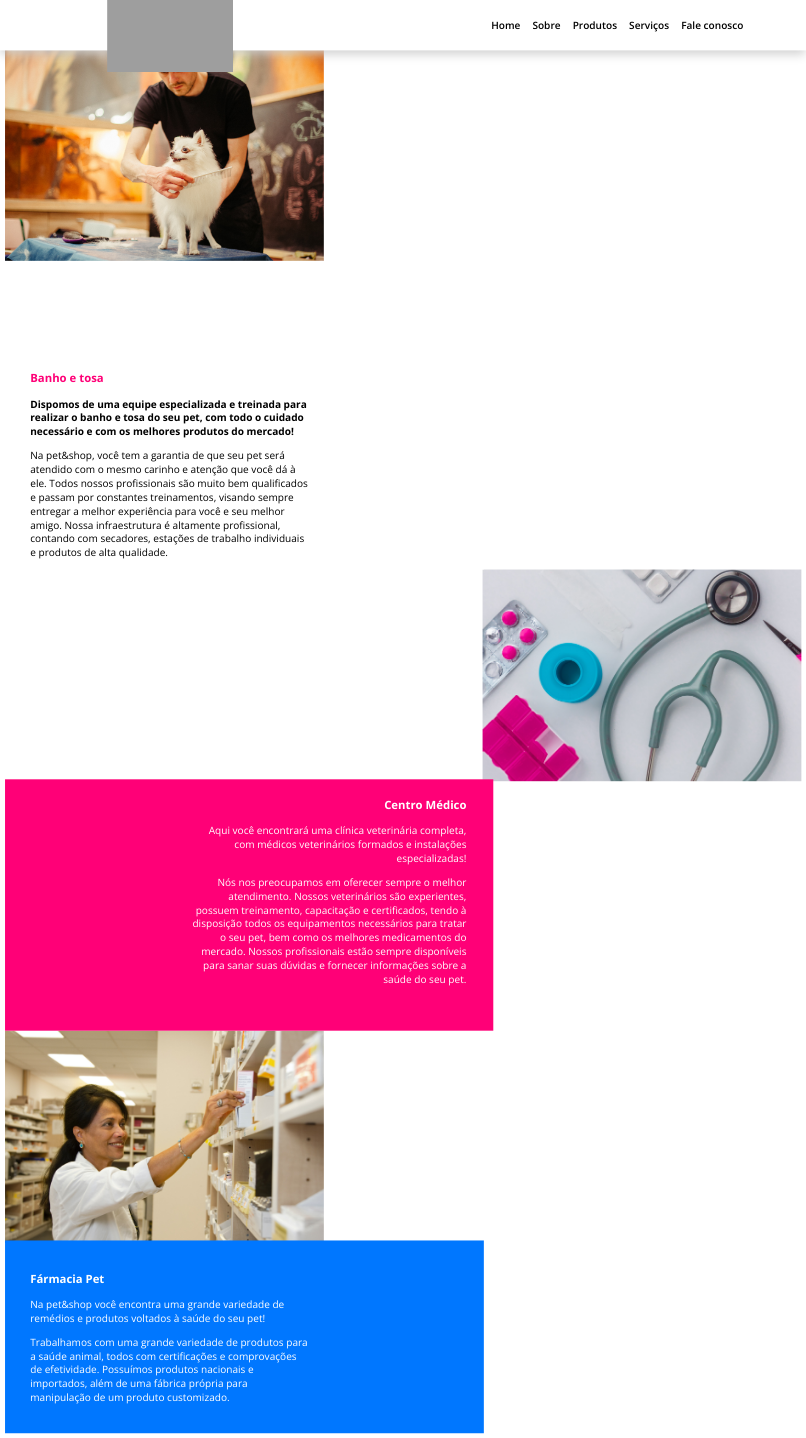
Repository: Iluiscarlos/Projeto-Site-PetShop
Page: Services.html
These files come from the project's save history. The page is drawn as it stood at one moment and after the next save; the edit follows.
The browser window is 1280 px wide. The pictures show the whole page, at 63% of full size.
Pictures or frames that could not be fetched are drawn as grey boxes. Some web libraries are served in a nearby version.

Above is the page before, as saved 2022-04-26 21:14:20.

After the next save:
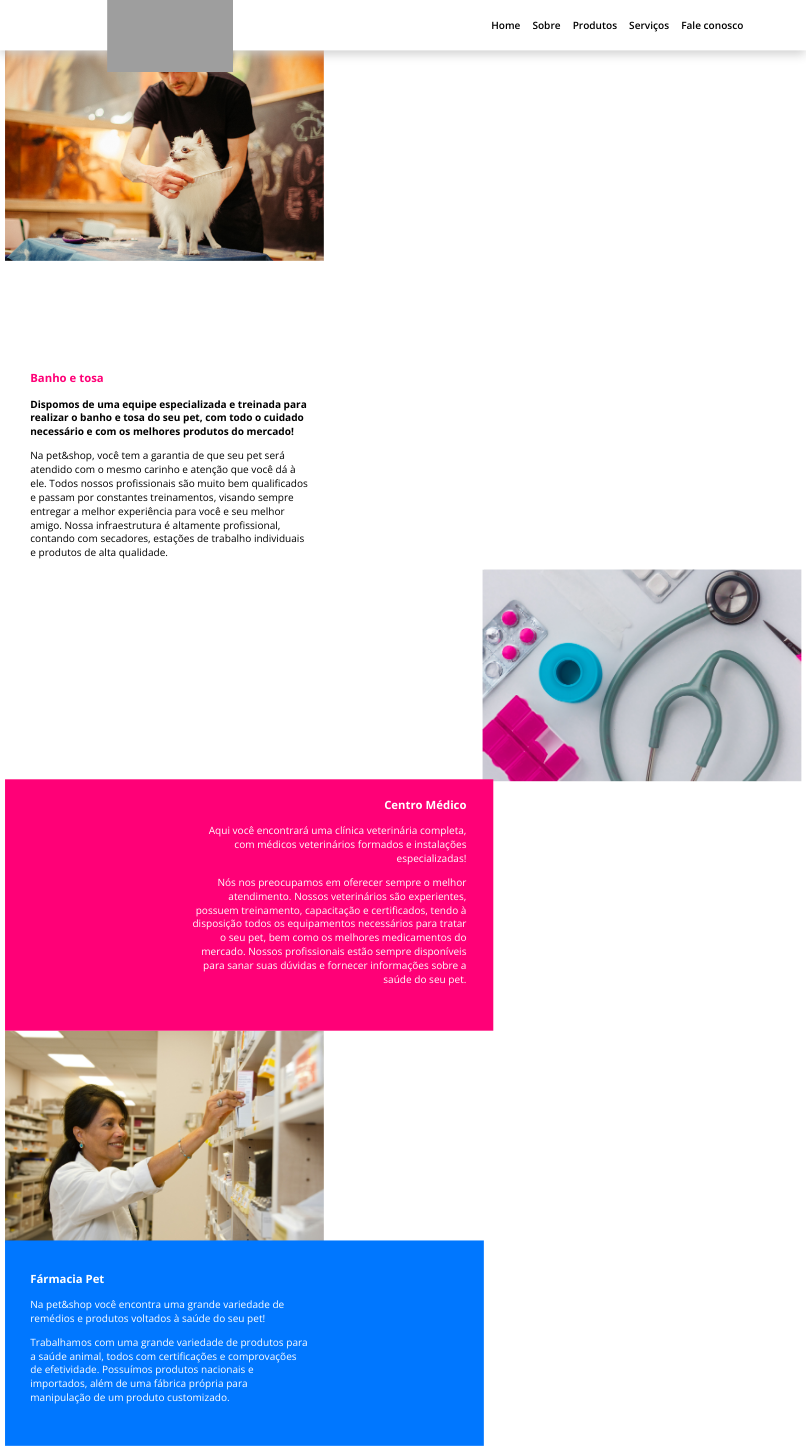
Saved 7 s later.
--- a/Services.html
+++ b/Services.html
@@ -146,7 +146,7 @@
       height: 100%;
       display: inline-block;
       margin-top: -67px;
-      padding-bottom: 30px;
+      padding-bottom: 50px;
       padding-top: 30px;
       padding-right: 22%;
       padding-left: 40px;
